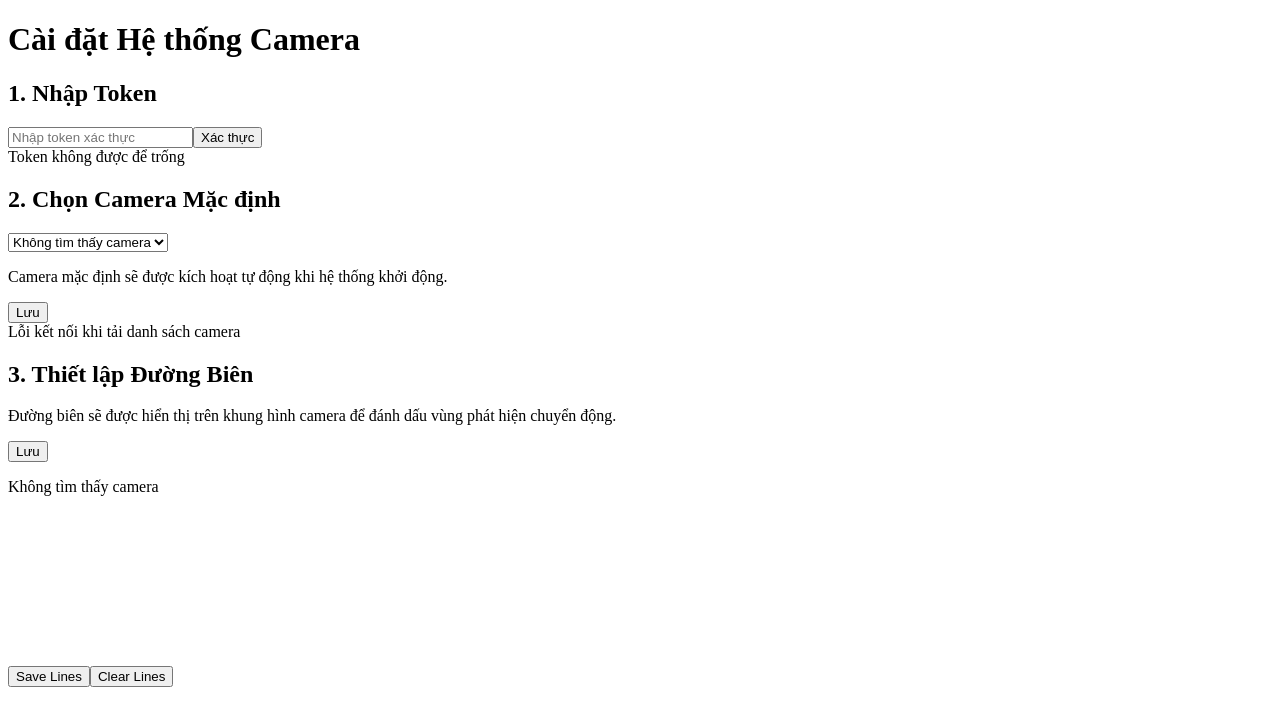
Repository: AzenKain/Traffic-Red-Light-Running-Violation-Detection
Page: /setting (app in client-web/client-web/), after clicking the first element matching `button.px-4`
The author's editor kept a copy of each file at every save. The page is drawn from the files as they stood at one save, then again after a run of saves.
The browser window is 1280 px wide. The pictures show the whole page.
The page's requests for data from a server got no answer. The project was rebuilt for these pictures with package versions that can differ from the ones it lists, and the page was loaded fresh each time. The framework's server and built-in components were replaced by stand-ins that run in the browser. No one was signed in, and anything a server would have sent is missing.

Above is the page before, as saved 2025-03-23 02:37:20.

### client-web/client-web/src/app/setting/page.tsx
"use client";
import AnnotateImage from "@/components/draw";
import { useEffect, useState } from "react";

interface Camera {
    id: number;
    name: string;
}

export default function CameraSettings() {
    // Token state
    const [token, setToken] = useState<string>("");
    const [tokenStatus, setTokenStatus] = useState<string>("");
    const [isValidating, setIsValidating] = useState<boolean>(false);

    // Camera settings
    const [availableCameras, setAvailableCameras] = useState<Camera[]>([]);
    const [defaultCameraId, setDefaultCameraId] = useState<number>(-1);
    const [isLoadingCameras, setIsLoadingCameras] = useState<boolean>(false);
    const [cameraStatus, setCameraStatus] = useState<string>("");

    const [imageSrc, setImageSrc] = useState<string | null>(null);
    const [websocket, setWebsocket] = useState<WebSocket | null>(null);
    const [annotateImageSrc, setAnnotateImageSrc] = useState<string | null>(null);

    // Fetch available cameras on component mount
    useEffect(() => {
        fetchAvailableCameras();
    }, []);

    const validateToken = async () => {
        if (!token.trim()) {
            setTokenStatus("Token không được để trống");
            return;
        }

        setIsValidating(true);
        setTokenStatus("Đang xác thực token...");

        try {
            // Replace with your actual API endpoint
            const response = await fetch('http://localhost:8000/validate-token', {
                method: 'POST',
                headers: {
                    'Content-Type': 'application/json'
                },
                body: JSON.stringify({ token })
            });

            if (response.ok) {
                setTokenStatus("Token hợp lệ");
            } else {
                setTokenStatus("Token không hợp lệ");
            }
        } catch (error) {
            console.error('Error validating token:', error);
            setTokenStatus("Lỗi kết nối đến máy chủ");
        } finally {
            setIsValidating(false);
        }
    };


    const fetchAvailableCameras = async () => {
        setIsLoadingCameras(true);
        setCameraStatus("Đang tải danh sách camera...");

        let selected = -1
        try {
            // Replace with your actual API endpoint
            const response = await fetch('http://localhost:8000/default-camera');

            if (response.ok) {
                const data = await response.json();
                selected = Number(data.default_camera)
                setDefaultCameraId(selected);
            }
        } catch (error) {
            console.error('Error fetching cameras:', error);
            setCameraStatus("Lỗi kết nối khi lấy camera mặc định");
        }
        try {
            // Replace with your actual API endpoint
            const response = await fetch('http://localhost:8000/available-cameras');

            if (response.ok) {
                const data = await response.json();
                // Convert the data to the expected format
                const cameras = data.available_cameras.map((id: number) => ({
                    id,
                    name: `Camera ${id}`
                }));

                setAvailableCameras(cameras);

                // If cameras are available, set the first one as default
                if (cameras.length > 0 && selected === -1) {
                    setDefaultCameraId(cameras[0].id);
                    setCameraStatus(`Đã tìm thấy ${cameras.length} camera`);
                } else if (cameras.length === 0) {
                    setCameraStatus("Không tìm thấy camera nào");
                }
            } else {
                setCameraStatus("Không thể tải danh sách camera");
            }
        } catch (error) {
            console.error('Error fetching cameras:', error);
            setCameraStatus("Lỗi kết nối khi tải danh sách camera");
        } finally {
            setIsLoadingCameras(false);
        }
    };

    const saveDefaultCamera = async () => {
        setCameraStatus("Đang lưu cài đặt camera mặc định...");

        try {
            // Replace with your actual API endpoint
            const response = await fetch('http://localhost:8000/save-default-camera', {
                method: 'POST',
                headers: {
                    'Content-Type': 'application/json'
                },
                body: JSON.stringify({ camera_id: defaultCameraId })
            });

            if (response.ok) {
                setCameraStatus("Đã lưu camera mặc định thành công");
            } else {
                setCameraStatus("Không thể lưu cài đặt camera mặc định");
            }
        } catch (error) {
            console.error('Error saving default camera:', error);
            setCameraStatus("Lỗi kết nối khi lưu cài đặt camera");
        }
    };
    useEffect(() => {
        if (websocket) {
            websocket.close();
            setWebsocket(null);
            setImageSrc(null);
        }
        if (defaultCameraId === -1) return

        const ws = new WebSocket(`ws://localhost:8000/ws?camera_id=${defaultCameraId}`);
        setWebsocket(ws);

        ws.onopen = () => {
            console.log(`WebSocket connected to camera ${defaultCameraId}`);
        };

        ws.onmessage = (event) => {
            setImageSrc(`data:[embedded picture, 37 characters]);
        };

        ws.onerror = (error) => {
            console.error("WebSocket Error:", error);
        };

        ws.onclose = () => {
            console.log("WebSocket connection closed");
        };

        return () => {
            ws.close();
        };
    }, [defaultCameraId]);

    return (
        <div className="container mx-auto p-4 max-w-3xl">
            <div className="bg-white shadow-md rounded-lg overflow-hidden">
                <div className="p-6">
                    <h1 className="text-2xl font-bold text-center mb-6">Cài đặt Hệ thống Camera</h1>

                    {/* Section 1: Token Input */}
                    <div className="mb-6 p-4 border border-gray-200 rounded-md">
                        <h2 className="text-lg font-semibold mb-3">1. Nhập Token</h2>
                        <div className="flex flex-wrap gap-2">
                            <input
                                type="password"
                                className="flex-1 min-w-64 p-2 border border-gray-300 rounded-md"
                                placeholder="Nhập token xác thực"
                                value={token}
                                onChange={(e) => setToken(e.target.value)}
                                disabled={isValidating}
                            />
                            <button
                                className="px-4 py-2 bg-blue-500 text-white rounded-md hover:bg-blue-600"
                                onClick={validateToken}
                                disabled={isValidating}
                            >
                                {isValidating ? (
                                    <>
                                        <span className="inline-block animate-spin mr-2">↻</span>
                                        Đang xác thực
                                    </>
                                ) : (
                                    <>Xác thực</>
                                )}
                            </button>
                        </div>
                        {tokenStatus && (
                            <div className={`mt-2 p-2 rounded-md text-sm ${tokenStatus.includes("hợp lệ") ? 'bg-green-100 text-green-800' :
                                    tokenStatus.includes("không") ? 'bg-red-100 text-red-800' :
                                        'bg-blue-100 text-blue-800'
                                }`}>
                                {tokenStatus}
                            </div>
                        )}
                    </div>

                    {/* Section 2: Default Camera Selection */}
                    <div className="mb-6 p-4 border border-gray-200 rounded-md">
                        <h2 className="text-lg font-semibold mb-3">2. Chọn Camera Mặc định</h2>
                        <div className="mb-2">
                            <select
                                className="w-full p-2 border border-gray-300 rounded-md"
                                value={defaultCameraId}
                                onChange={(e) => setDefaultCameraId(Number(e.target.value))}
                                disabled={isLoadingCameras}
                            >
                                {isLoadingCameras ? (
                                    <option value="">Đang tải danh sách camera...</option>
                                ) : availableCameras.length === 0 ? (
                                    <option value="">Không tìm thấy camera</option>
                                ) : (
                                    <>
                                        <option value="">Chọn camera mặc định</option>
                                        {availableCameras.map(camera => (
                                            <option key={camera.id} value={camera.id}>
                                                {camera.name}
                                            </option>
                                        ))}
                                    </>
                                )}
                            </select>
                        </div>

                        <div className="flex justify-between items-center mt-3">
                            <p className="text-sm text-gray-600">
                                Camera mặc định sẽ được kích hoạt tự động khi hệ thống khởi động.
                            </p>
                            <button
                                className="px-4 py-2 bg-blue-500 text-white rounded-md hover:bg-blue-600"
                                onClick={saveDefaultCamera}
                                disabled={isLoadingCameras || defaultCameraId === 0}
                            >
                                Lưu
                            </button>
                        </div>

                        {cameraStatus && (
                            <div className={`mt-2 p-2 rounded-md text-sm ${cameraStatus.includes("thành công") ? 'bg-green-100 text-green-800' :
                                    cameraStatus.includes("Không") || cameraStatus.includes("Lỗi") ? 'bg-red-100 text-red-800' :
                                        'bg-blue-100 text-blue-800'
                                }`}>
                                {cameraStatus}
                            </div>
                        )}
                    </div>

                    {/* Section 3: Boundary Settings */}
                    <div className="mb-6 p-4 border border-gray-200 rounded-md">
                        <h2 className="text-lg font-semibold mb-3">3. Thiết lập Đường Biên</h2>


                        <div className="flex justify-between items-center mt-3">
                            <p className="text-sm text-gray-600">
                                Đường biên sẽ được hiển thị trên khung hình camera để đánh dấu vùng phát hiện chuyển động.
                            </p>
                            <button
                                className="px-4 py-2 bg-blue-500 text-white rounded-md hover:bg-blue-600"

                            >
                                Lưu
                            </button>
                        </div>
                        <div className="relative w-full mt-4">
                            {imageSrc ? (
                                <img
                                    src={imageSrc}
                                    alt="Live Stream"
                                    className="w-full h-auto rounded-lg shadow-lg"
                                />
                            ) : (
                                <div className="flex flex-col items-center justify-center h-64 bg-base-200 rounded-lg">
                                    <span className="loading loading-spinner loading-md mb-2"></span>
                                    <p>{availableCameras.length === 0 ? "Không tìm thấy camera" : "Đang kết nối..."}</p>
                                </div>
                            )}
                        </div>
                            <AnnotateImage imageSrc={imageSrc || ""}></AnnotateImage>
                    </div>
                </div>
            </div>
        </div>
    );
}

### client-web/client-web/src/components/draw/index.tsx
import { useState, useRef, useEffect } from "react";

export default function AnnotateImage({ imageSrc }: { imageSrc: string }) {
    const [points, setPoints] = useState<{ x: number; y: number }[]>([]);
    const [lines, setLines] = useState<{ start: { x: number; y: number }, end: { x: number; y: number } }[]>([]);
    const [isDrawing, setIsDrawing] = useState(false);
    const [originalDimensions, setOriginalDimensions] = useState<{ width: number, height: number } | null>(null);
    const [scale, setScale] = useState<number>(1);
    const canvasRef = useRef<HTMLCanvasElement>(null);

    const maxWidth = 800;
    const maxHeight = 600;

    useEffect(() => {
      if (!imageSrc) return;

      const img = new Image();
      img.src = imageSrc;
      img.onload = () => {
        const origWidth = img.width;
        const origHeight = img.height;
        setOriginalDimensions({ width: origWidth, height: origHeight });

        let newScale = 1;
        if (origWidth > maxWidth || origHeight > maxHeight) {
          const widthRatio = maxWidth / origWidth;
          const heightRatio = maxHeight / origHeight;
          newScale = Math.min(widthRatio, heightRatio);
        }
        setScale(newScale);

        if (canvasRef.current) {
          canvasRef.current.width = origWidth * newScale;
          canvasRef.current.height = origHeight * newScale;
          drawCanvas();
        }
      };
    }, [imageSrc]);

    const handleCanvasClick = (e: React.MouseEvent<HTMLCanvasElement>) => {
      if (!imageSrc) return;
      if (canvasRef.current) {
        const rect = canvasRef.current.getBoundingClientRect();
        const x = e.clientX - rect.left;
        const y = e.clientY - rect.top;

        if (!isDrawing) {
          setPoints([{ x, y }]);
          setIsDrawing(true);
        } else {
          const newPoint = { x, y };
          const startPoint = points[0];
          setLines([...lines, { start: startPoint, end: newPoint }]);
          setPoints([]);
          setIsDrawing(false);
        }
      }
    };

    useEffect(() => {
      drawCanvas();
    }, [points, lines, scale]);

    const drawCanvas = () => {
      if (canvasRef.current && imageSrc && originalDimensions) {
        const canvas = canvasRef.current;
        const ctx = canvas.getContext("2d");
        if (ctx) {
          const img = new Image();
          img.src = imageSrc;
          img.onload = () => {
            ctx.clearRect(0, 0, canvas.width, canvas.height);
            ctx.drawImage(img, 0, 0, originalDimensions.width * scale, originalDimensions.height * scale);
            lines.forEach(line => {
              ctx.beginPath();
              ctx.moveTo(line.start.x, line.start.y);
              ctx.lineTo(line.end.x, line.end.y);
              ctx.strokeStyle = "#FF3B30";
              ctx.lineWidth = 2;
              ctx.stroke();
              drawPoint(ctx, line.start.x, line.start.y, "#FF3B30");
              drawPoint(ctx, line.end.x, line.end.y, "#FF3B30");
            });
            if (points.length === 1) {
              drawPoint(ctx, points[0].x, points[0].y, "#007AFF");
            }
          };
        }
      }
    };

    const drawPoint = (ctx: CanvasRenderingContext2D, x: number, y: number, color: string) => {
      ctx.beginPath();
      ctx.arc(x, y, 5, 0, Math.PI * 2);
      ctx.fillStyle = color;
      ctx.fill();
    };

    const clearLines = () => {
      setLines([]);
      setPoints([]);
      drawCanvas();
    };

    const saveLines = () => {
      console.log("Saved lines:", lines);
    };

    return (
      <div className="relative border-4 border-gray-200 rounded">
        {originalDimensions && (
          <p className="text-sm text-gray-500 text-center mb-2">
            Original image: {originalDimensions.width}×{originalDimensions.height}px
            {scale !== 1 && ` (scaled by ${scale.toFixed(2)})`}
          </p>
        )}
        <canvas ref={canvasRef} onClick={handleCanvasClick} className="cursor-crosshair" />
        <div className="flex justify-center mt-2 space-x-4">
          <button onClick={saveLines} className="px-4 py-2 bg-blue-500 text-white rounded">Save Lines</button>
          <button onClick={clearLines} className="px-4 py-2 bg-red-500 text-white rounded">Clear Lines</button>
        </div>
      </div>
    );
  }

After the next 2 saves:
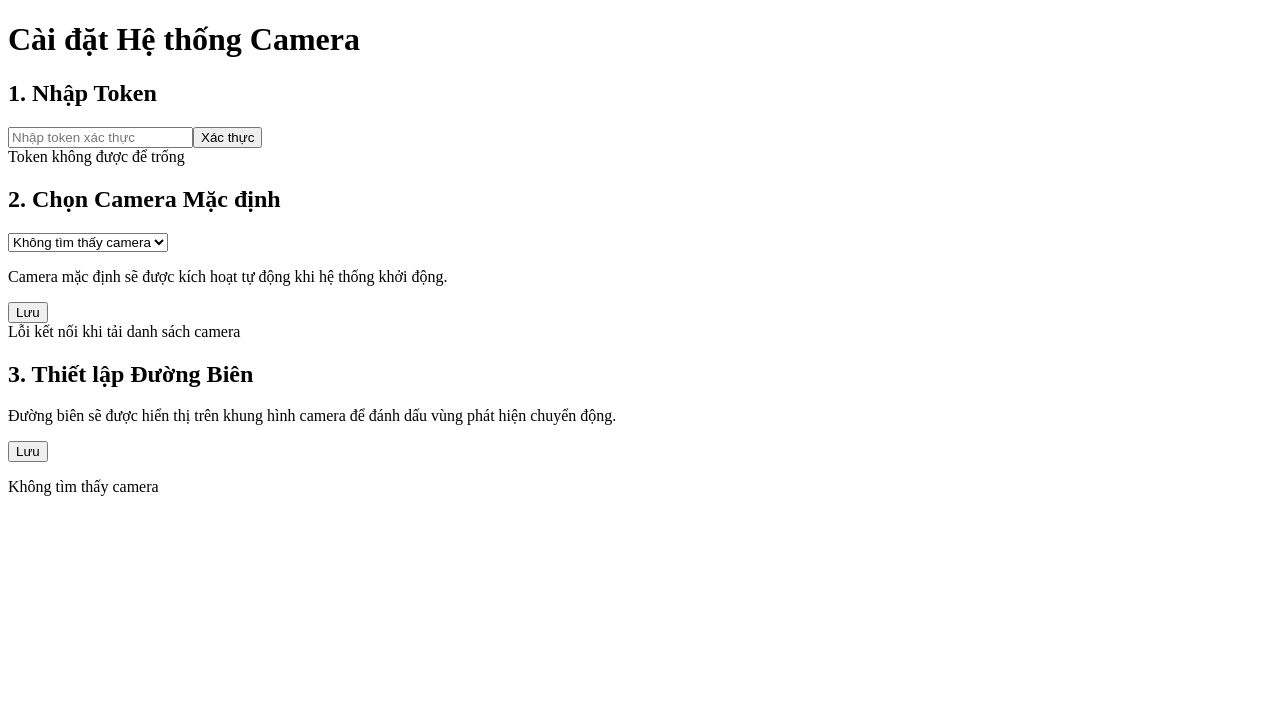
The 2 saves are shown as one change because they came seconds apart.
The last was saved 29 s later.
--- a/client-web/client-web/src/app/setting/page.tsx
+++ b/client-web/client-web/src/app/setting/page.tsx
@@ -201,8 +201,8 @@ export default function CameraSettings() {
                         </div>
                         {tokenStatus && (
                             <div className={`mt-2 p-2 rounded-md text-sm ${tokenStatus.includes("hợp lệ") ? 'bg-green-100 text-green-800' :
-                                    tokenStatus.includes("không") ? 'bg-red-100 text-red-800' :
-                                        'bg-blue-100 text-blue-800'
+                                tokenStatus.includes("không") ? 'bg-red-100 text-red-800' :
+                                    'bg-blue-100 text-blue-800'
                                 }`}>
                                 {tokenStatus}
                             </div>
@@ -251,8 +251,8 @@ export default function CameraSettings() {
 
                         {cameraStatus && (
                             <div className={`mt-2 p-2 rounded-md text-sm ${cameraStatus.includes("thành công") ? 'bg-green-100 text-green-800' :
-                                    cameraStatus.includes("Không") || cameraStatus.includes("Lỗi") ? 'bg-red-100 text-red-800' :
-                                        'bg-blue-100 text-blue-800'
+                                cameraStatus.includes("Không") || cameraStatus.includes("Lỗi") ? 'bg-red-100 text-red-800' :
+                                    'bg-blue-100 text-blue-800'
                                 }`}>
                                 {cameraStatus}
                             </div>
@@ -277,19 +277,28 @@ export default function CameraSettings() {
                         </div>
                         <div className="relative w-full mt-4">
                             {imageSrc ? (
-                                <img
-                                    src={imageSrc}
-                                    alt="Live Stream"
-                                    className="w-full h-auto rounded-lg shadow-lg"
-                                />
+                                <>
+                                    <img
+                                        src={imageSrc}
+                                        alt="Live Stream"
+                                        className="w-full h-auto rounded-lg shadow-lg"
+                                    />
+                                    <button
+                                        className="mt-2 px-4 py-2 bg-blue-500 text-white rounded-md hover:bg-blue-600"
+                                        onClick={() => setAnnotateImageSrc(imageSrc)}
+                                    >
+                                        Mở bảng vẽ
+                                    </button>
+                                </>
                             ) : (
                                 <div className="flex flex-col items-center justify-center h-64 bg-base-200 rounded-lg">
                                     <span className="loading loading-spinner loading-md mb-2"></span>
                                     <p>{availableCameras.length === 0 ? "Không tìm thấy camera" : "Đang kết nối..."}</p>
                                 </div>
                             )}
-                        </div>
-                            <AnnotateImage imageSrc={imageSrc || ""}></AnnotateImage>
+
+                            {annotateImageSrc && <AnnotateImage imageSrc={annotateImageSrc} />}
+                        </div>
                     </div>
                 </div>
             </div>
